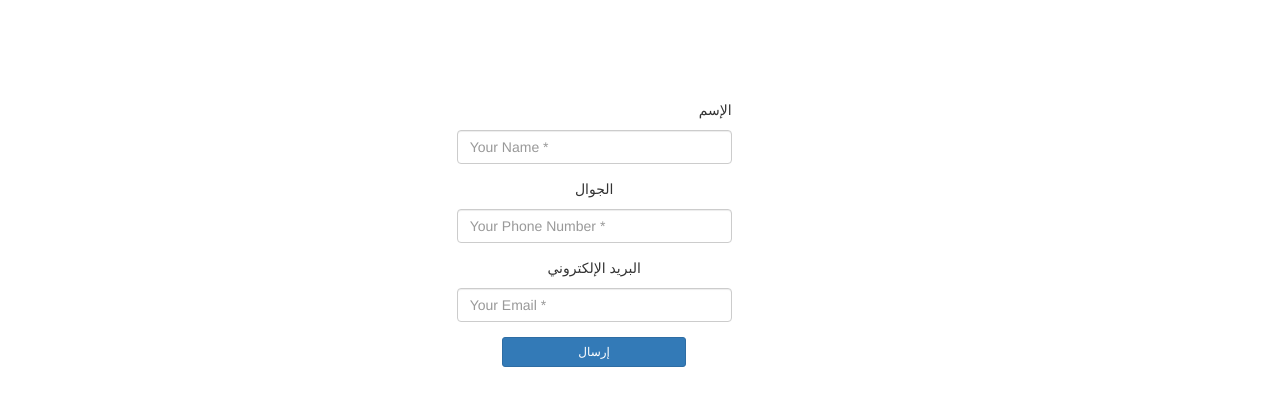
Repository: Abdaljawad-Aya/Itbeep-task
Page: http://localhost/form-user
An editor plug-in stored every save of this project. The page is shown before and after the next save, followed by the edit.
The browser window is 1280 px wide. The pictures show the whole page.
The page is served by the project's Laravel application, run on PHP 8.4 with Laravel 8. Other server files are loaded and not shown.

Above is the page before, as saved 2021-03-07 19:00:03.

### singlePageApp/routes/web.php
<?php

use Illuminate\Support\Facades\Route;

/*
|--------------------------------------------------------------------------
| Web Routes
|--------------------------------------------------------------------------
|
| Here is where you can register web routes for your application. These
| routes are loaded by the RouteServiceProvider within a group which
| contains the "web" middleware group. Now create something great!
|
*/

Route::get('/', function () {
    return view('welcome');
});

Route::get('form-user', 'formController@form');
Route::post('form-user', ['as' => 'users.store', 'uses' => 'formController@formSaveData']);

### singlePageApp/app/Http/Controllers/formController.php
<?php

namespace App\Http\Controllers;

use Illuminate\Support\Facades\Mail;

use Illuminate\Http\Request;
use App\Mail\formUser;
use App\form;

class formController extends Controller
{
    /**
     * Show the application
     *
     * @return \Illuminatey\Http\Response
     */

    public function form()
    {
        return view('form-user');
    }

    /**
     * Show the application
     *
     * @return \Illuminatey\Http\Response
     */

    public function formSaveData(Request $request)

    {
        $this->validate($request, [
            'name'   => 'required',
            'email'  => 'required|email',
            'mobile' => 'required',
        ]);

        form::create($request->all());
        Mail::send(
            'form-user',
            array(
                'name'   => $request->get('name'),
                'mobile' => $request->get('mobile'),
                'email'  => $request->get('email'),
            ),
            function ($message) use ($request) {
                $message->from('abdaljawad.ayah94@gmail.com');
                $message->to($request->email, 'Admin')->subject($request->get('subject'));
            }
        );
        return back()->with('success', 'Thanks for contact us!');
    }
}

### singlePageApp/resources/views/form-user.blade.php
<!DOCTYPE html>
<html lang="en">
<head>
    <meta charset="UTF-8">
    <meta name="viewport" content="width=device-width, initial-scale=1.0">
    <meta http-equiv="X-UA-Compatible" content="ie=edge">
    <link rel="stylesheet" href="https://maxcdn.bootstrapcdn.com/bootstrap/3.4.1/css/bootstrap.min.css">

    <script src="https://ajax.googleapis.com/ajax/libs/jquery/3.5.1/jquery.min.js"></script>

    <script src="https://maxcdn.bootstrapcdn.com/bootstrap/3.4.1/js/bootstrap.min.js"></script>
    <link rel="stylesheet" href="../views/css/style.css">
    <title>Form</title>
</head>
<body>
   <div class="container contact-form col-lg-6 col-md-offset-4" style="margin-top:100px;">
     @if (session('status'))
       <div class="alert alert-success">
           {{ session('status')}}
       </div>
    @endif
    @if (session('warning'))
    <div class="alert alert-warning">
        {{session('warning')}}
    </div>
    @endif

    <form method="POST" action ="{{ route('users.store')}}" >
     {{ csrf_field()}}

     <div class="col-md-6">

        {{-- NAME --}}
        <div class="form-group {{ $errors->has('name') ? ' has-error' : '' }}">
                <p style="text-align: right">الإسم</p>
            <input type="text" name="name" class="form-control" placeholder="Your Name *" required/>
             @if ($errors->has('name'))
                 <span class="help-block">
                     <strong>
                         {{ $errors->first('name')}}
                     </strong>
                 </span>
             @endif
         </div>


        {{-- MOBILE --}}

        <div class="form-group" {{$errors->has('mobile') ? 'has-error' : ''}}>
            <p style="text-align: center">الجوال</p>
         <input type="text" name="mobile" class="form-control" placeholder="Your Phone Number *" required/>

         @if ($errors->has('mobile'))
             <span class="help-block">
                 <strong>
                     {{ $errors->first('mobile')}}
                 </strong>
             </span>
         @endif
        </div>
         {{-- EMAIL --}}
         <div class="form-group" {{$errors->has('email') ? 'has-error' : ''}}>
             <p style="text-align: center">البريد الإلكتروني</p>
          <input type="email" name="email" class="form-control" placeholder="Your Email *" required />

            @if ($errors->has('email'))
            <span class="help-block">
                <strong>
                    {{ $errors->first('email')}}
                </strong>
            </span>
            @endif
        </div>

        <div class="form-group">

            <input type="submit" name="btnSubmit" class="btn btn-primary btn-square btn-sm col-lg-8 col-md-offset-2" value="إرسال" data-toggle="modal" data-target="#exampleModal" data-whatever="@getbootstrap">
        </div>
     </div>


     {{-- Popup Start --}}
    <div class="modal fade" id="exampleModal" tabindex="-1" role="dialog" aria-labelledby="exampleModalLabel" aria-hidden="true">
    <div class="modal-dialog" role="document">
        <div class="modal-content">
        <div class="modal-header">
            {{-- <h5 class="modal-title" id="exampleModalLabel">New message</h5> --}}
            <button type="button" class="close" data-dismiss="modal" aria-label="Close">
            <span aria-hidden="true">&times;</span>
            </button>
        </div>
        <div class="modal-body">
            <form>
            <div class="form-group ">
                <p style="text-align: center" >إختر عرض من العروض الاتيه</p>
                <button type="button" style=" background-color:rgb(95, 51, 95); color:#FFF;" class=" btn-square btn-sm col-lg-2 col-md-offset-2"> عرض3</button>
                <button type="button" style=" background-color:rgb(95, 51, 95); color:#FFF;"class="btn-square btn-sm col-lg-2 col-md-offset-1"> عرض2</button>
                <button type="button" style=" background-color:rgb(95, 51, 95); color:#FFF;"class="btn-square btn-sm col-lg-2 col-md-offset-1"> عرض1</button>
                 <br> <br>
                <button type="button"style=" background-color:rgb(95, 51, 95); color:#FFF;" class=" btn-square btn-sm col-lg-8 col-md-offset-2">التالي</button>

            </div>
            </form>
        </div>
        <div class="modal-footer">
            <button type="button" class="btn btn-secondary" data-dismiss="modal">إغلاق</button>

        </div>
        </div>
    </div>
</div>
     {{-- Popup End --}}


</form>
</div>
</body>
</html>

Loaded but not shown: singlePageApp/app/Http/Controllers/Controller.php (common file)

After the next save:
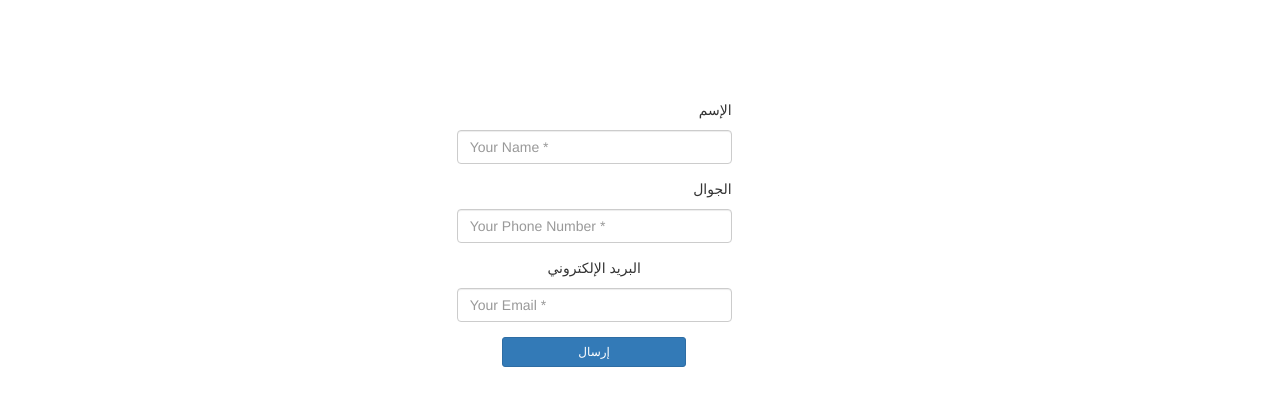
Saved 18 s later.
--- a/singlePageApp/resources/views/form-user.blade.php
+++ b/singlePageApp/resources/views/form-user.blade.php
@@ -47,7 +47,7 @@
         {{-- MOBILE --}}
 
         <div class="form-group" {{$errors->has('mobile') ? 'has-error' : ''}}>
-            <p style="text-align: center">الجوال</p>
+            <p style="text-align: right">الجوال</p>
          <input type="text" name="mobile" class="form-control" placeholder="Your Phone Number *" required/>
 
          @if ($errors->has('mobile'))
